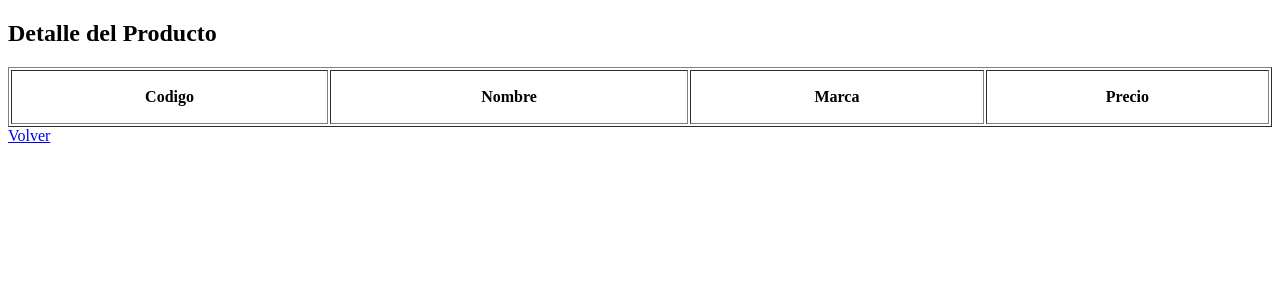
Repository: Alemartinez97/New-Repository
Page: programacion-3/tp4/verProducto.html
The author's editor kept a copy of each file at every save. The page is drawn from the files as they stood at one save, then again after the next save.
The browser window is 1280 px wide. The pictures show the whole page.

Above is the page before, as saved 2020-06-11 14:48:24.

### programacion-3/tp4/verProducto.html
<!DOCTYPE html>
<html lang="en">
<head>
    <meta charset="UTF-8">
    <meta name="viewport" content="width=device-width, initial-scale=1.0">
    <title>Document</title>
    <link rel="stylesheet" type="text/css" media="screen" href="../tp3/css/tp3.css" />
</head>
<body>
    <table border="1">
        <h2>Detalle del Producto</h2>
        <tbody>
          <tr>
            <th>Codigo</th>
            <th>Nombre</th>
            <th>Marca</th>
            <th>Precio</th>
          </tr>
        </tbody>
      </table>
      <a href="producto.html">Volver</a>
</body>
</html>

### programacion-3/tp3/css/tp3.css
#button li a {
    font-family: Arial;
    font-size: 11px;
    text-decoration: none;
    float: left;
    padding: 10px;
    background-color: #2175bc;
    color: #ffffff;
    }
    table {
        width: 100%;
      }

      th {
        height: 50px;
      }
      form {
        width: 100%;
        background-color: #2175bc;
      }

      a {
        list-style-type: circle;
      }
      .card {
        box-shadow: 0 4px 8px 0 rgba(0, 0, 0, 0.2);
        max-width: 300px;
        margin: auto;
        text-align: center;
      }

After the next save:
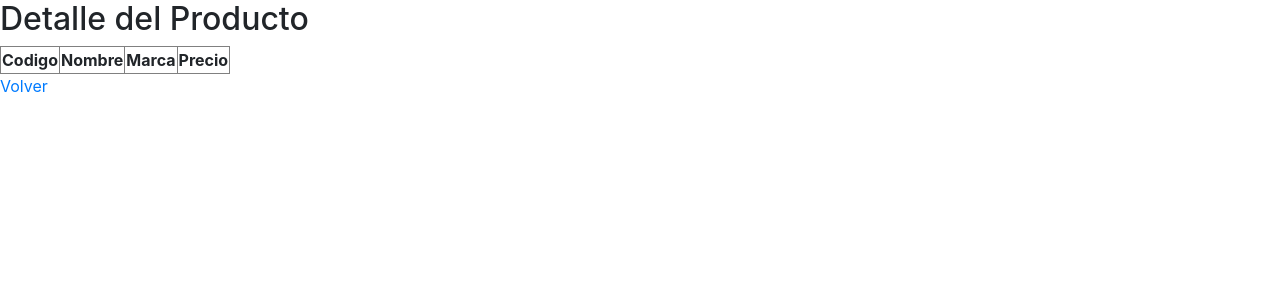
Saved 21 s later.
--- a/programacion-3/tp4/verProducto.html
+++ b/programacion-3/tp4/verProducto.html
@@ -4,7 +4,7 @@
     <meta charset="UTF-8">
     <meta name="viewport" content="width=device-width, initial-scale=1.0">
     <title>Document</title>
-    <link rel="stylesheet" type="text/css" media="screen" href="../tp3/css/tp3.css" />
+    <link rel="stylesheet" href="https://stackpath.bootstrapcdn.com/bootstrap/4.5.0/css/bootstrap.min.css" integrity="sha384-9aIt2nRpC12Uk9gS9baDl411NQApFmC26EwAOH8WgZl5MYYxFfc+NcPb1dKGj7Sk" crossorigin="anonymous">
 </head>
 <body>
     <table border="1">
